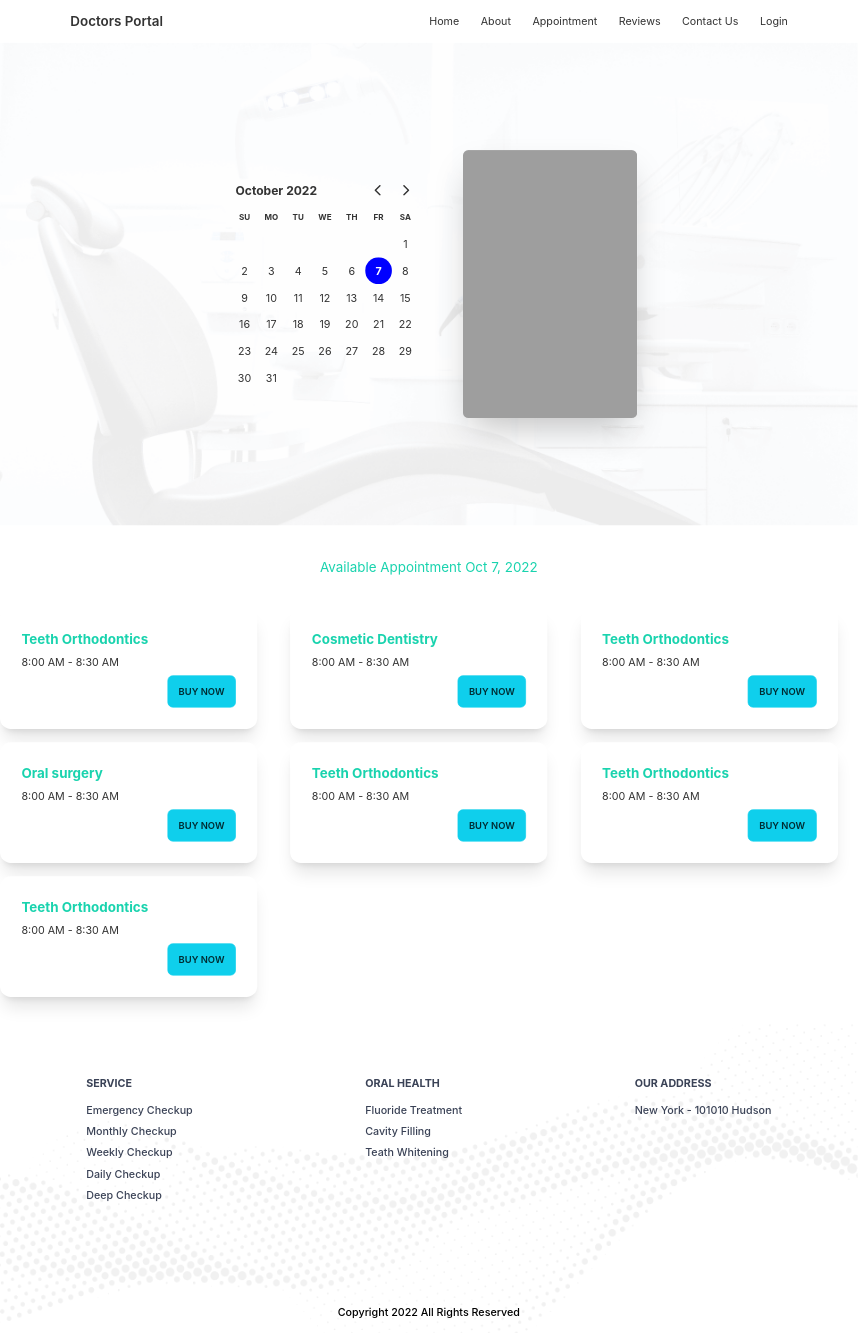
Repository: shikubro90/doctorsportal
Page: /appointment
The author's editor kept a copy of each file at every save. The page is drawn from the files as they stood at one save, then again after a run of saves.
The browser window is 1280 px wide. The pictures show the whole page, at 67% of full size.
Pictures or frames that could not be fetched are drawn as grey boxes. The project was rebuilt for these pictures with package versions that can differ from the ones it lists, and the page was loaded fresh each time. Also part of the build but not shown: src/App.css, src/Pages/About/About.jsx, src/Shared/ButtonPrimary.jsx, src/Pages/Home/AppointmentCard.jsx, src/Pages/Home/AppointmentSection.jsx, src/Pages/Home/Banner.jsx, src/Pages/Home/MiniCard.jsx, src/Pages/Home/BasicInfo.jsx and 6 more.

Above is the page before, as saved 2022-10-07 14:03:21.

After the next 3 saves:
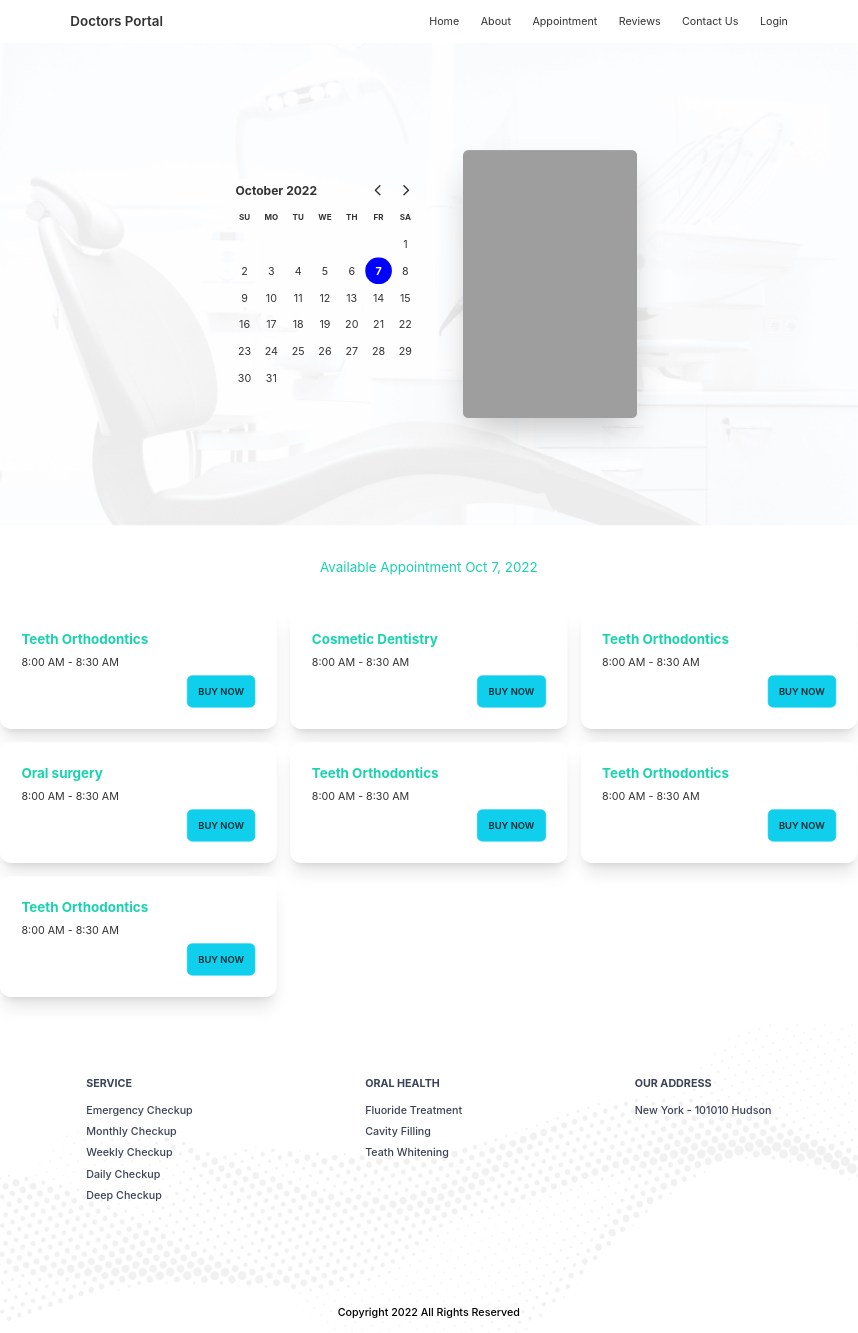
The 3 saves are shown as one change because they came seconds apart.
The last was saved 13 s later.
--- a/src/Pages/Appointment/Services.jsx
+++ b/src/Pages/Appointment/Services.jsx
@@ -4,7 +4,7 @@ const Services = ({services}) => {
     const {name, slots} = services
     console.log(name);
   return (
-    <div className="card w-96  bg-base-100 shadow-xl">
+    <div className="card lg:max-w-lg bg-base-100 shadow-xl">
       <div className="card-body">
         <h2 className="card-title text-xl font-bold text-secondary">{name}</h2>
         <p>
